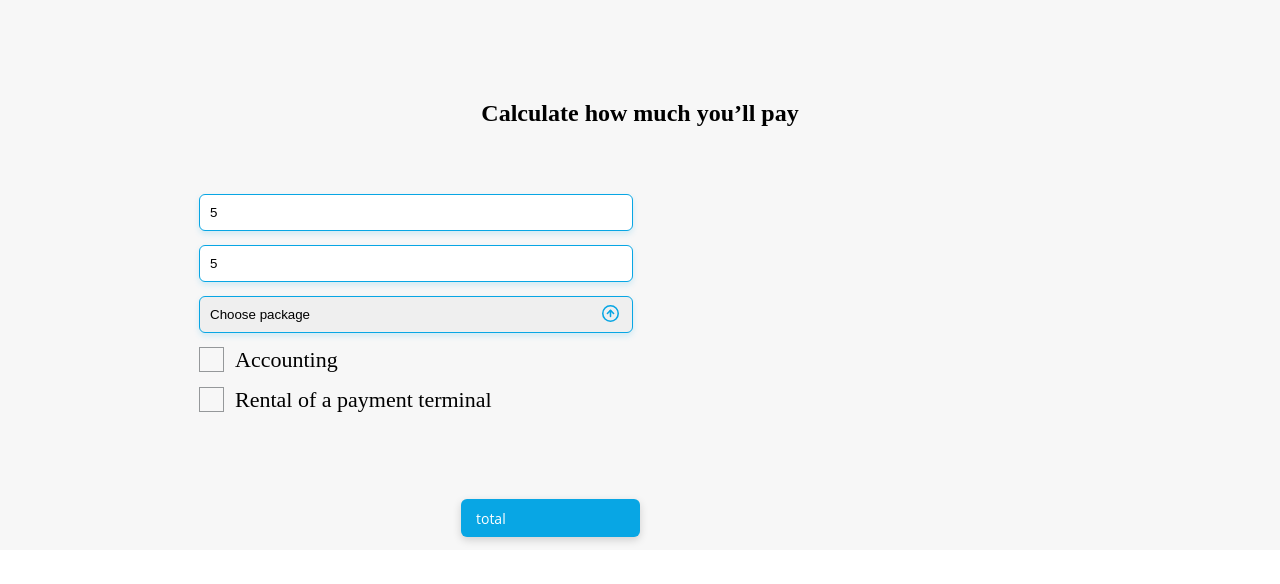
Repository: VolodymyrDubnytskyi/BestShop_project
Page: inedx2.html
These files come from the project's save history. The page is drawn as it stood at one moment and after the next save; the edit follows.
The browser window is 1280 px wide. The pictures show the whole page.
Empty fields were first filled with sample values (such as "Sample", 5 or name@example.com).
After loading, the first visible `#package` was clicked once.

Above is the page before, as saved 2020-01-03 21:08:28.
Console error: TypeError: Cannot set properties of undefined (setting 'innerText')

### inedx2.html
<!DOCTYPE html>
<html lang="en">

<head>
    <meta charset="UTF-8">
    <meta name="viewport" content="width=device-width, initial-scale=1.0">
    <meta http-equiv="X-UA-Compatible" content="ie=edge">
    <title>Document</title>

    <link rel="stylesheet" href="css/style.css">

</head>

<body>
    <div class="calculate-bg">
        <section class="calculate-main">
            <h2 class="calculate-heading">Calculate how much you’ll pay</h2>
            <form action="" class="calculate-form">

                <div class="calculate-box calculate-box-inputs">
                    <input type="number" name="productsQuantity" id="quantity">
                    <input type="number" name="ordersInmonth" id="inMonth">
                    <div class="custom-select-box">
                        <select name="package" id="package" class="selcet-package" aria-placeholder="Products quantity">
                                <option class="disable-option" disabled selected> Choose package</option>
                                <option value="basic">Basic</option>
                                <option value="professional">Professional</option>
                                <option value="premium">Premium</option>
                        </select>
                    </div>

                    <label class="container-new-chekbox">
                        <input type="checkbox" id="checkboxAccounting">
                        <span class="checkmark"></span>
                        Accounting
                    </label>
                    <label class="container-new-chekbox">
                        <input type="checkbox" name="" id="checkboxRental">
                        <span class="checkmark"></span>
                        Rental of a payment terminal
                    </label>

                    <button id="submit" class="btn-submit"> <span class="spant-total-btn">total</span><span
                            class="for-new-el"></span></button>

                </div>
            </form>
            <div class="calculate-box calculate-box-value">
                <div id="valueProducts">
                    <span id="products"></span>
                    <span id="productsCalculate"></span>
                    <span id="productsSum"></span>
                </div>
                <div id="valueOrders">
                    <span class="orders"></span>
                    <span class="ordersCalculate"></span>
                    <span class="ordersSum"></span>
                </div>
                <div id="valuePackage">
                    <span class="selectPackage"></span>
                    <span class="selectPackageCalculate"></span>
                    <span class=' selectPackageSum'></span>
                </div>
                <div id="valueAccounting">
                    <span class="accounting"></span>
                    <span class="accountingSum"></span>
                </div>
                <div id="valueTerminal">
                    <span class="terminal"></span>
                    <span class="terminalSum"></span>
                </div>
            </div>

        </section>

    </div>
    <script src="js/main.js"></script>
</body>

</html>

### css/style.css
* {
  box-sizing: border-box;
  text-decoration: none;
  margin: 0;
  padding: 0;
}

/* * HEADER SECTION */
header {
  background: url(../img/Background.png) no-repeat center bottom/contain;
  height: 912px;
  width: 100%;
}
.navbar-container {
  display: flex;
  justify-content: space-between;
  align-items: center;
  height: 100%;
}
.container {
  max-width: 1354px;
  margin: auto;
}
.navbar {
  background: #ffffff 0% 0% no-repeat padding-box;
  box-shadow: 0px 3px 6px #00000029;
  height: 70px;
  margin-bottom: 138px;
}
.ul-list-nav {
  display: flex;
}
.ul-list-nav li {
  margin: 0 47px;
}
.ul-list-nav li:last-child {
  margin-right: 0;
}
.ul-list-nav li a {
  font: Bold 11px/15px "Open Sans";
  letter-spacing: 3.28px;
  color: #a5a5a5;
  text-transform: uppercase;
  padding: 28px 0 25px 0;
}
.ul-list-nav li a:hover {
  border: none;
  border-bottom: 4px solid #08a6e4;
  color: #000;
}
.logo {
  text-align: left;
  font-size: 32px;
  font-family: "Raleway", sans-serif;
  letter-spacing: 0;
  color: #08a6e4;
  line-height: 38px;
}
/* rwd nav */
@media (max-width: 1200px) {
  .ul-list-nav li {
    margin: 0 27px;
  }
}

/* *Bg-img + h1 content */
.section-for-h1 {
  display: flex;
  justify-content: center;
  align-items: flex-start;
}
h1 {
  text-align: center;
  font: 49px/59px;
  font-size: 49px;
  line-height: 59px;
  font-weight: 550;
  font-family: "Raleway", sans-serif;
  letter-spacing: 0;
  color: #000000;
}
.text-under-h1-line {
  text-align: center;
  font: 400 16px/22px "Open Sans";
  letter-spacing: 0;
  color: #000000;
  margin: 20px 0 38px 0;
}
.open-your-shop-btn {
  background: #08a6e4 0% 0% no-repeat padding-box;
  box-shadow: 5px 10px 14px #07ace629;
  border-radius: 40px;
  font: Bold 16px/22px "Open Sans";
  letter-spacing: 0;
  color: #fff;
  padding: 23px 157px;
}
.open-your-shop-btn:hover {
  background: rgb(7, 134, 184);
  box-shadow: 5px 10px 14px rgba(5, 124, 167, 0.394);
}
/* bg-img */
.sales-platform {
  text-align: center;
  height: 454px;
}
.sales-platform-main-box {
  display: flex;
  justify-content: space-around;
  margin-top: 100px;
}
.sales-platform-boxes {
  position: relative;
  width: 167px;
  height: 176px;
}
.sales-platform-boxes * {
  padding: 10px;
}
.sales-platform-heading {
  flex-basis: 100%;
  text-align: center;
  font: 400 36px/43px "Raleway";
  letter-spacing: 0;
  color: #000000;
}

.circle {
  height: 62px;
  width: 62px;
  border-radius: 50%;
  margin: 10px auto;
}
.circle-red {
  background: #fb3b64 0% 0% no-repeat padding-box;
}
.circle-blue {
  background: #08a6e4 0% 0% no-repeat padding-box;
}
.circle-green {
  background: #55dfb4 0% 0% no-repeat padding-box;
}
/* icons absolute */
.img-absolut {
  position: absolute;
  right: 26px;
  top: 7px;
}
.absotul-img-mid {
  top: 12px;
}

.sales-platform-box-content {
  text-align: center;
  font: 400 17px/20px "Raleway";
  letter-spacing: 0;
  color: #a5a5a5;
}
/* Main */
main {
  background: #f7f7f7 0% 0% no-repeat padding-box;
  height: 1395px;
}
main hr {
  width: 328px;
  height: 0px;
  margin-left: 35px;
}
main h2 {
  text-align: left;
  font: 550 36px/43px "Raleway";
  letter-spacing: 0;
  color: #000000;
}
main p {
  text-align: left;
  font: 400 16px/22px "Open Sans";
  letter-spacing: 0;
  color: #000000;
}
.main-content-boxes {
  height: 370px;
  width: 100%;
  display: flex;
  background-color: #fff;
  margin-bottom: 37px;
  border: 1px solid #e8e9ed;
  border-radius: 5px;
}
.main-content-boxes:last-child {
  margin: 0;
}
.main-content-container {
  max-width: 1354px;
  height: 100%;
  padding: 105px 115px;
}
.main-content-info-box {
  width: 50%;
}
.main-content-img-box {
  width: 50%;
  position: relative;
  display: flex;
  justify-content: center;
}
.rhombus-div {
  width: 180px;
  height: 180px;
  transform: matrix(0.71, 0.71, -0.71, 0.71, 0, 0);
  background: #fb3b64 0% 0% no-repeat padding-box;
  border-radius: 41px;
  margin-left: 229px;
  margin-top: 68px;
}
.main-content-info-box h2 {
  padding: 97px 0 0 35px;
}
.main-content-info-box p {
  padding: 30px 133px 50px 35px;
}
.main-content-img {
  position: absolute;
  bottom: 0;
  padding-bottom: 10%;
}
.hr-for-first-box {
  border: 4px solid #fb3b64;
}
/* main rwd */
@media (max-width: 1200px) {
  .main-content-container {
    padding: 30px;
  }
}
@media (min-width: 800px) {
  /* .rhombus-div   */
}
/* Acrticle 2 in main ceontent */
.blue-circle {
  width: 320px;
  height: 320px;
  background: #07ace6 0% 0% no-repeat padding-box;
  border-radius: 50%;
}
.main-content-boxes .main-content-img-box:nth-child(1) {
  align-items: center;
  justify-content: center;
}
.main-content-img-phone {
  padding: 0;
  right: 0;
}
h2.main-h2-second-arcticle {
  padding: 75px 198px 0 35px;
}
.hr-for-second-box {
  border: 4px solid #08a6e4;
}
/* LAST BOXES */
.main-content-boxes-split-for-two {
  background-color: #f7f7f7;
  border: none;
}
.maint-contet-last-box-one {
  width: 623px;
  height: 370px;
  margin-right: 70px;
  background-color: #fff;
  border: 1px solid #e8e9ed;
  border-radius: 5px;
}
.maint-contet-last-box-second {
  width: 440px;
  height: 370px;
  background-color: #fff;
  border: 1px solid #e8e9ed;
  border-radius: 5px;
  background: #55dfb4 0% 0%;
  display: flex;
  justify-content: center;
  align-items: center;
}
.maint-contet-last-box-one > h2 {
  padding: 97px 159px 0 35px;
}
.maint-contet-last-box-one > p {
  padding: 30px 15px 40px 35px;
}
.maint-contet-last-box-one > hr {
  border: 4px solid #55dfb4;
}
/* FOOTER: SECTION WHITH PRICES AND FORM */
.pricing-section {
  text-align: center;
}
.pricing-section h2 {
  text-align: center;
  font: 400 36px/43px "Raleway";
  letter-spacing: 0;
  color: #000000;
  margin-top: 106px;
}
.pricing-box-main {
  display: flex;
  justify-content: space-around;
  align-items: center;
  height: 100%;
  margin-top: 50px;
}
.pricing-box-main .pricing-box:first-child {
  border: 1px solid #fb3b64;
}
.pricing-box-main .pricing-box:nth-child(2) {
  border: 1px solid #07ace6;
}
.pricing-box-main .pricing-box:last-child {
  border: 1px solid #55dfb4;
}
.pricing-box {
  height: 461px;
  width: 372px;
  border-radius: 18px;
  display: flex;
  flex-direction: column;
  justify-content: center;
  align-items: center;
}
.pricing-box h3 {
  text-align: left;
  font: Bold 20px/41px "Raleway";
  letter-spacing: 0;
  color: #13253b;
}
.pricing-box h4 {
  text-align: left;
  font: 300 46px/41px "Open Sans";
  letter-spacing: 0;
  color: #fb3b64;
  margin: 15px 0 60px 0;
}
.pricing-box-professional h4 {
  color: #07ace6;
}
.pricing-box-premium h4 {
  color: #55dfb4;
}

.pricing-box-content::before,
.pricing-box-content-dont-ofer::before {
  content: "\f00c";
  font-size: 6px;
  font-weight: bold;
  font-family: "Font Awesome 5 Free";
  border: 1px solid #55dfb4;
  margin-right: 7px;
  padding: 2px;
  border-radius: 2px;
  color: #55dfb4;
}
.pricing-box-content-dont-ofer::before {
  content: "\f00d";
  border: 1px solid #eb476e;
  color: #eb476e;
}
.pricing-box-content {
  font: 400 14px/41px "Open Sans";
  letter-spacing: 0;
  color: #000000;
}
.pricing-box .heading-after-limited-offer::after {
  content: "limited ofer";
  font: Bold 12px/1px "Raleway";
  letter-spacing: 0;
  color: #13253b;
  display: block;
  margin-top: 7px;
}
.pricing-box-professional {
  height: 500px;
  width: 405px;
  box-shadow: 5px 10px 27px #07ace629;
}
.pricing-box-professional:hover {
  box-shadow: 5px 10px 34px rgba(6, 125, 169, 0.401);
}
.pricing-box-main .pricing-box-basic:hover {
  box-shadow: 0px 5px 15px #fb3b64;
}
.pricing-box-main .pricing-box-premium:hover {
  box-shadow: 0px 5px 15px #55dfb4;
}
.begin-links {
  text-align: left;
  font: Bold 13px/41px "Open Sans";
  letter-spacing: 0;
  color: #ffffff;
  background: #eb476e 0% 0% no-repeat padding-box;
  border-radius: 23px;
  width: 150px;
  padding: 2px;
  text-align: center;
  position: relative;
  top: 40px;
}
.begin-links-professional {
  top: 59px;
  background: #07ace6;
  box-shadow: 5px 10px 14px #07ace629;
}
.begin-links-premium {
  background: #55dfb4;
}
.begin-links-basic:hover {
  background: linear-gradient(rgb(184, 56, 86), #eb476e);
}
.begin-links-professional:hover {
  background: linear-gradient(rgb(5, 111, 150), #07ace6);
}
.begin-links-premium:hover {
  background: linear-gradient(rgb(61, 165, 132), #55dfb4);
}

/* * FORM AND CONTACT SECTION */
.form-main {
  height: 721px;
  display: flex;
  justify-content: center;
  align-items: center;
}
.form-and-questions-box {
  display: flex;
  width: 896px;
}
.questions-box {
  display: flex;
  flex-wrap: wrap;
  flex-basis: 50%;
  height: 210px;
}
.form-box {
  flex-basis: 50%;
}
.form-box form {
  flex-basis: 50%;
  display: flex;
  flex-direction: column;
}
.questions-box h2 {
  font: 550 49px/59px "Raleway";
  letter-spacing: 0;
  color: #000000;
  margin-bottom: 22px;
  flex-basis: 100%;
}
.questions-box p {
  font: 500 16px/22px "Open Sans";
  letter-spacing: 0;
  color: #000000;
  margin-bottom: 42px;
  flex-basis: 100%;
}
.questions-box span {
  font: 500 16px/22px "Open Sans";
  letter-spacing: 0;
  color: #a5a5a5;
  display: flex;
  justify-content: center;
  align-items: center;
}
.questions-box .mail-icon::before {
  content: url(../img/Mail\Icon.svg);
  padding-right: 12px;
}
.questions-box .phone-icon::before {
  content: url(../img/Phone\Icon.svg);
  padding-right: 10px;
  margin-left: 24px;
}
/* Form */
form input:nth-child(2n) {
  padding: 20px;
  border: none;
  border-bottom: 1px solid #95989a;
  margin-bottom: 35px;
}
.i-agree-terms {
  display: flex;
}
.container-new-chekbox {
  display: block;
  position: relative;
  margin-right: 35px;
  margin-bottom: 12px;
  cursor: pointer;
  font-size: 22px;
  user-select: none;
}
.container-new-chekbox input {
  position: absolute;
  opacity: 0;
  cursor: pointer;
  height: 0;
  width: 0;
}
.checkmark {
  position: absolute;
  top: 0;
  left: 0;
  height: 25px;
  width: 25px;
  border: 1px solid #95989a;
}
.checkmark:after {
  content: "";
  position: absolute;
  display: none;
}
.container-new-chekbox input:checked ~ .checkmark:after {
  display: block;
}
.container-new-chekbox .checkmark:after {
  left: 4px;
  top: 4px;
  width: 70%;
  height: 70%;
  background: url(../img/Checkmark.svg) no-repeat center/cover;
}
.i-agree-terms div {
  text-align: left;
  font: 400 12px/17px "Open Sans";
  letter-spacing: 0;
  color: #707070;
}
.lables {
  text-align: left;
  font: Bold 11px/15px "Open Sans";
  letter-spacing: 3.28px;
  color: #08a6e4;
  text-transform: uppercase;
}

.btn-send {
  box-shadow: 5px 10px 14px #07ace629;
  border-radius: 35px;
  background: #08a6e4;
  padding: 20px 97px;
  font: Bold 13px/18px "Open Sans";
  letter-spacing: 0;
  color: #fff;
  border: none;
  margin-top: 25px;
}
.btn-send:hover {
  background: linear-gradient(90deg, rgba(2, 0, 36, 1) 0%, rgba(9, 9, 121, 1) 4%, rgba(8, 166, 228, 1) 100%);
}
.button-box {
  display: flex;
  justify-content: flex-end;
}
.social-networks-main {
  width: 100%;
  height: 89px;
  background: #f7f7f7;
  box-shadow: 0px -5px 40px #00000029;
}
.social-networks-box {
  height: 100%;
  display: flex;
  justify-content: space-between;
  align-items: center;
}
.logo-footer {
  font: 300 26px/31px "Raleway";
}
.social-networks-logo > p {
  font: 400 11px/15px "Open Sans";
  letter-spacing: 0;
  color: #a5a5a5;
  margin-top: 6px;
}
.social-networks-links a:first-child {
  margin-right: 20px;
}
.social-networks-links a:hover {
  cursor: pointer;
}

/* ///////////////////////////////////////////// */

.calculate-bg {
  background: #f7f7f7;
  display: flex;
  justify-content: center;
  align-items: center;
  height: 550px;
}
.calculate-main {
  display: flex;
  justify-content: center;
  align-items: center;
  flex-wrap: wrap;
  flex-basis: 70%;
  position: relative;
  height: 350px;
}
.calculate-form {
  display: flex;
  flex-basis: 50%;
  height: 100%;
}
.calculate-heading {
  flex-basis: 100%;
  text-align: center;
  margin-bottom: 60px;
}
.calculate-box {
  flex-basis: 50%;
  display: flex;
  flex-direction: column;
  background: #f7f7f7;
}
.calculate-box-value {
  height: 100%;
  padding-left: 50px;
}
.calculate-box-inputs {
  flex-basis: 100%;
  position: relative;
}
.calculate-form .calculate-box-inputs input,
.calculate-form .calculate-box-inputs select {
  margin: 7px;
  padding: 10px;
  border: 1px solid #08a6e4;
  box-shadow: 0px 3px 6px #08a6e429;
  border-radius: 6px;
}
.calculate-form .calculate-box-inputs div {
  margin: 7px;
}
.calculate-form .calculate-box-inputs select {
  margin: 0;
  width: 100%;
  outline: none;
}

.calculate-box-value div {
  display: none;
  justify-content: space-between;
  align-items: center;
  background: #55dfb4;
  box-shadow: 0px 3px 6px #00000029;
  border-radius: 6px;
  margin: 3px;
  padding: 10px;
  height: 32px;
  border: none;
  font: 400 14px/19px "Open Sans";
  letter-spacing: 0;
  color: #ffffff;
}
.btn-submit {
  background: #08a6e4;
  box-shadow: 0px 3px 8px #00000029;
  border-radius: 6px;
  border: none;
  width: 179px;
  height: 38px;
  position: absolute;
  right: 0;
  bottom: 0;
  display: flex;
  justify-content: space-between;
  align-items: center;
  padding: 5px 15px;
}
.btn-submit span {
  font: 400 14px/19px "Open Sans";
  letter-spacing: 0;
  color: #ffffff;
}
.btn-submit span:last-child {
  font: Bold 20px/27px "Open Sans";
}

.calculate-box .container-new-chekbox {
  margin: 7px;
  padding-left: 36px;
}
.selcet-package {
  background-image: url(../img/Arrow\Down.svg);
  background-repeat: no-repeat;
  background-size: 4%;
  background-position-x: 97%;
  background-position-y: 45%;
  -webkit-appearance: none;
}
.selcet-package-activ-arrow {
  background-image: url(../img/method-draw-image.svg);
  background-repeat: no-repeat;
  background-size: 4%;
  background-position-x: 97%;
  background-position-y: 45%;
  -webkit-appearance: none;
}

.disable-option span {
  font: 400 13px/18px "Open Sans";
  letter-spacing: 0;
  color: #a5a5a5;
}

#valueProducts {
  display: none;
}

/*
 */

.select-option-custome {
  position: absolute;
  background: #ffffff 0% 0% no-repeat padding-box;
  box-shadow: 0px 3px 6px #eb476e29;
  border: 1px solid #eb476e;
  border-radius: 6px;
  width: 97%;
  height: 105px;
  z-index: 2;
  display: flex;
  flex-direction: column;
  bottom: 83px;
}
.select-option-custome .span-select {
  padding: 8px;
  /* display: block; */
}

### js/main.js
document.addEventListener('DOMContentLoaded', function () {
    // basic
    const body = document.querySelector("body");
    // inputs " Calculate how much you’ll pay "
    const quantity = document.querySelector("#quantity");
    const inMonth = document.querySelector("#inMonth");
    const select = document.querySelector("#package");
    const submit = document.querySelector("#submit");
    const form = document.querySelector(".calculate-form");
    const calculateBoxInputs = document.querySelector(".calculate-box-inputs");
    // boxes where is will be sum of input value
    // oreders price
    const orders = document.querySelector(".orders");
    const ordersCalculate = document.querySelector(".ordersCalculate");
    const ordersSum = document.querySelector(".ordersSum");
    // select package price
    const selectPackage = document.querySelector(".selectPackage");
    const selectPackageCalculate = document.querySelector(".selectPackageCalculate");
    const selectPackageSum = document.querySelector(".selectPackageSum");
    // accounting price
    const accountingEl = document.querySelector(".accounting");
    const accountingSum = document.querySelector(".accountingSum");
    // terminal price
    const terminalEl = document.querySelector(".terminal");
    const terminalSum = document.querySelector(".terminalSum");
    // span
    const newElSpan = document.querySelector(".for-new-el");
    // else
    const spantTotal = document.querySelector(".spant-total-btn");
    const perProduct = 0.5;
    const perDay = 0.25;
    const accounting = 35;
    const terminal = 5;




    quantity.addEventListener('keyup', function () {
        if (quantity.value === '' || quantity.value === null || quantity.value === undefined || quantity.value <= 0) {
            valueProducts.style.display = 'none';
        } else {
            valueProducts.style.display = 'flex';
            const sumQuantity = quantity.value * perProduct;
            products.innerText = "Products";
            productsCalculate.innerText = quantity.value + " " + "*" + " " + perProduct;
            productsSum.innerText = "$ " + sumQuantity;
        }

    })
    inMonth.addEventListener('keyup', function () {
        if (inMonth.value === '' || inMonth.value === null || inMonth.value === undefined || inMonth.value <= 0) {
            valueOrders.style.display = 'none';
        } else {
            valueOrders.style.display = 'flex';
            const suminMonth = inMonth.value * perDay;
            orders.innerText = "Orders";
            ordersCalculate.innerText = inMonth.value + " " + "*" + " " + perDay;
            ordersSum.innerText = "$" + suminMonth;

        }
    })



    select.addEventListener('change', function () {
        console.log('do');
        let count = 0;

        if (select.value === "professional") {
            count = 25;
        } else if (select.value === 'premium') {
            count = 60;
        }
        valuePackage.style.display = 'flex';
        selectPackage.innerText = 'Package';
        selectPackageCalculate.innerText = select.value.charAt(0).toUpperCase() + select.value.slice(1);
        selectPackageSum.innerText = " $ " + count;
    })

    select.addEventListener('click', function () {
        if (select.className === 'selcet-package selcet-package-activ-arrow') {
            select.classList.remove('selcet-package-activ-arrow');
        } else {
            select.classList.add('selcet-package-activ-arrow');
            let box = document.createElement('div');
            box.classList.add('select-option-custome');
            let span1 = document.createElement('span');
            span1.classList.add('span-select');
            span1.innerText = 'Basic';
            let span2 = document.createElement('span').classList.add('span-select');
            span2.innerText = 'Professional';
            let span3 = document.createElement('span').classList.add('span-select');
            span3.innerText = 'Premium';
            box.appendChild(span1);
            box.appendChild(span2);
            box.appendChild(span3);
            calculateBoxInputs.appendChild(box);


        }

    })


        form.addEventListener('submit', function (e) {
            e.preventDefault();

            const sumQuantity = quantity.value * perProduct;
            products.innerText = "Products";
            productsCalculate.innerText = quantity.value + " " + "*" + " " + perProduct;
            productsSum.innerText = "$ " + sumQuantity;


            const suminMonth = inMonth.value * perDay;
            orders.innerText = "Orders";
            ordersCalculate.innerText = inMonth.value + " " + "*" + " " + perDay;
            ordersSum.innerText = "$" + suminMonth;


            // select section
            let count = 0;

            if (select.value === "professional") {
                count = 25;
            } else if (select.value === 'premium') {
                count = 60;
            }
            selectPackage.innerText = 'Package';
            selectPackageCalculate.innerText = select.value.charAt(0).toUpperCase() + select.value.slice(1);
            selectPackageSum.innerText = " $ " + count;


            // checkbox section
            if (checkboxAccounting.checked) {
                accountingEl.innerText = " Accounting";
                accountingSum.innerText = " $ " + accounting;
            }
            if (checkboxRental.checked) {
                terminalEl.innerText = " Terminal";
                terminalSum.innerText = " $ " + terminal;
            }
            // submit total section

            let submitSum = sumQuantity + suminMonth + count + accounting + terminal;
            newElSpan.innerText = "$" + submitSum;
            // if( newSpanTotal.innerText === )


            // submit.innerText = spantTotal.innerText + " $" + newElSpan;


        });
});

After the next save:
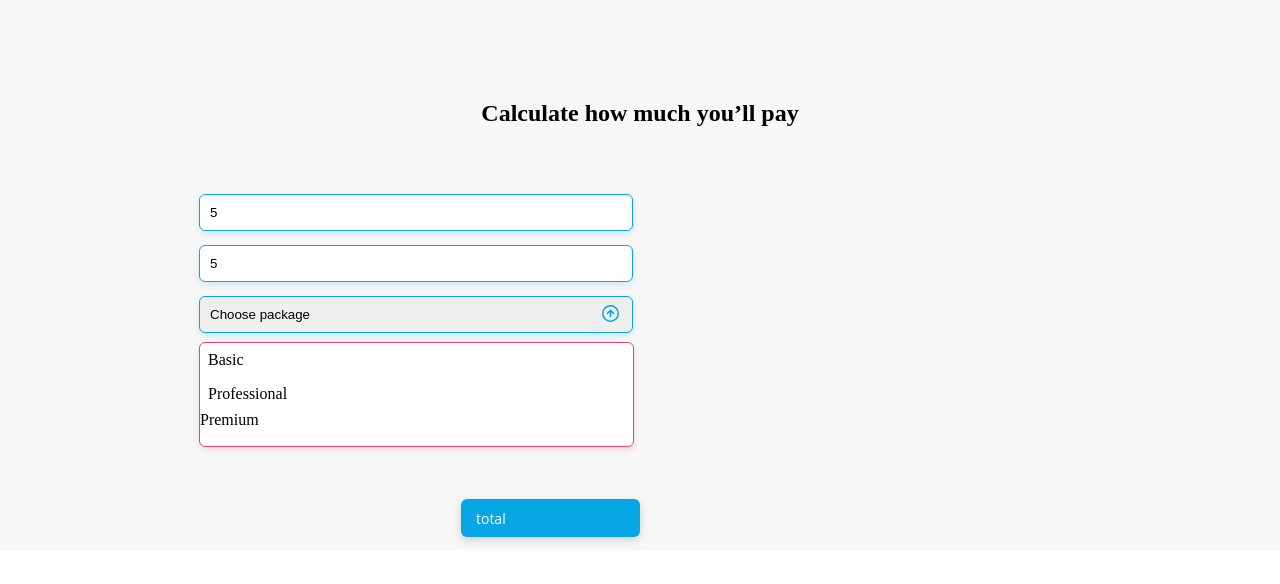
The error is gone.
Saved 29 s later.
--- a/js/main.js
+++ b/js/main.js
@@ -87,9 +87,11 @@ document.addEventListener('DOMContentLoaded', function () {
             let span1 = document.createElement('span');
             span1.classList.add('span-select');
             span1.innerText = 'Basic';
-            let span2 = document.createElement('span').classList.add('span-select');
+            let span2 = document.createElement('span');
+            span2.classList.add('span-select');
             span2.innerText = 'Professional';
-            let span3 = document.createElement('span').classList.add('span-select');
+            let span3 = document.createElement('span');
+            span2.classList.add('span-select');
             span3.innerText = 'Premium';
             box.appendChild(span1);
             box.appendChild(span2);
